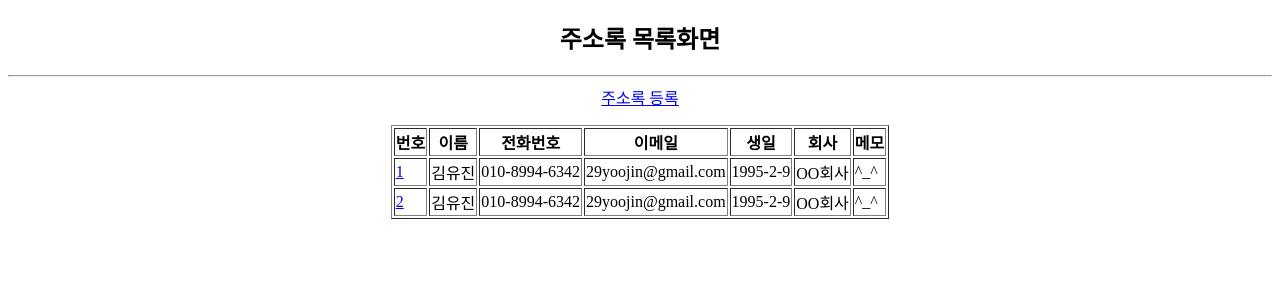
Repository: nijooymik/smartfactory
Page: http://localhost/t0722/address/addrbook_list.jsp
An editor plug-in stored every save of this project. The page is shown before and after the next save, followed by the edit.
The browser window is 1280 px wide. The pictures show the whole page.
The page is served by Tomcat 9. Other server files are loaded and not shown.

Above is the page before, as saved 2022-07-22 03:29:47.

### jsp/t0722/src/main/webapp/address/addrbook_list.jsp
<%@ page language="java" contentType="text/html; charset=EUC-KR"
	pageEncoding="EUC-KR"%>
<!DOCTYPE html>
<html>
<head>
<meta charset="EUC-KR">
<title>Insert title here</title>
</head>
<body>
	<div align=center>
		<h2>주소록 목록화면</h2>
		<hr>
		<form>
			<a href="addrbook_form.jsp">주소록 등록</a>
			<p>
			<table border=1>
				<tr>
					<th>번호</th>
					<th>이름</th>
					<th>전화번호</th>
					<th>이메일</th>
					<th>생일</th>
					<th>회사</th>
					<th>메모</th>
				</tr>
				<tr>
					<td><a href="addrbook_edit_form.jsp">1</a></td>
					<td>김유진</td>
					<td>010-8994-6342</td>
					<td>29yoojin@gmail.com</td>
					<td>1995-2-9</td>
					<td>OO회사</td>
					<td>^_^</td>
				</tr>
				<tr>
					<td><a href="addrbook_edit_form.jsp">2</a></td>
					<td>김유진</td>
					<td>010-8994-6342</td>
					<td>29yoojin@gmail.com</td>
					<td>1995-2-9</td>
					<td>OO회사</td>
					<td>^_^</td>
				</tr>
			</table>
		</form>
	</div>
</body>
</html>

### jsp/t0722/src/main/webapp/address/addrbook.css
@CHARSET "UTF-8";

table {
	width: auto;
	border-collapse: collapse;
	text-align: center;
}

td,th {
	font-size: 10pt;
	border: 1px solid #98bf21;
	height: 30px;
	padding: 5px;
}

th {
	background-color: #A7C942;
	color: #ffffff;
	font-family: Georgia;
}

tr td {
	color: #000000;
	background-color: #EAF2D3;
}

input {
	height: 25px;
	width:200px;
}

input[type="submit"],[type="reset"],[type="button"] {
	height: 25px;
	width:80px;
}

After the next save:
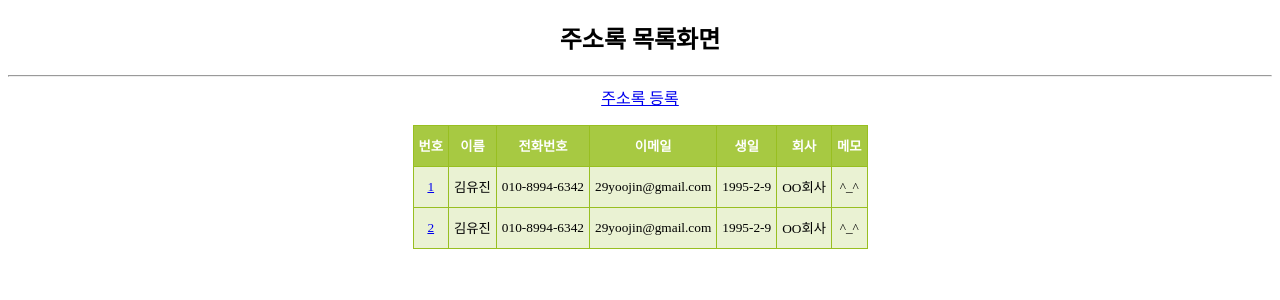
Saved 78 min 42 s later.
--- a/jsp/t0722/src/main/webapp/address/addrbook_list.jsp
+++ b/jsp/t0722/src/main/webapp/address/addrbook_list.jsp
@@ -5,6 +5,8 @@
 <head>
 <meta charset="EUC-KR">
 <title>Insert title here</title>
+<link rel="stylesheet" href="addrbook.css" type="text/css"
+	media="screen" />
 </head>
 <body>
 	<div align=center>
